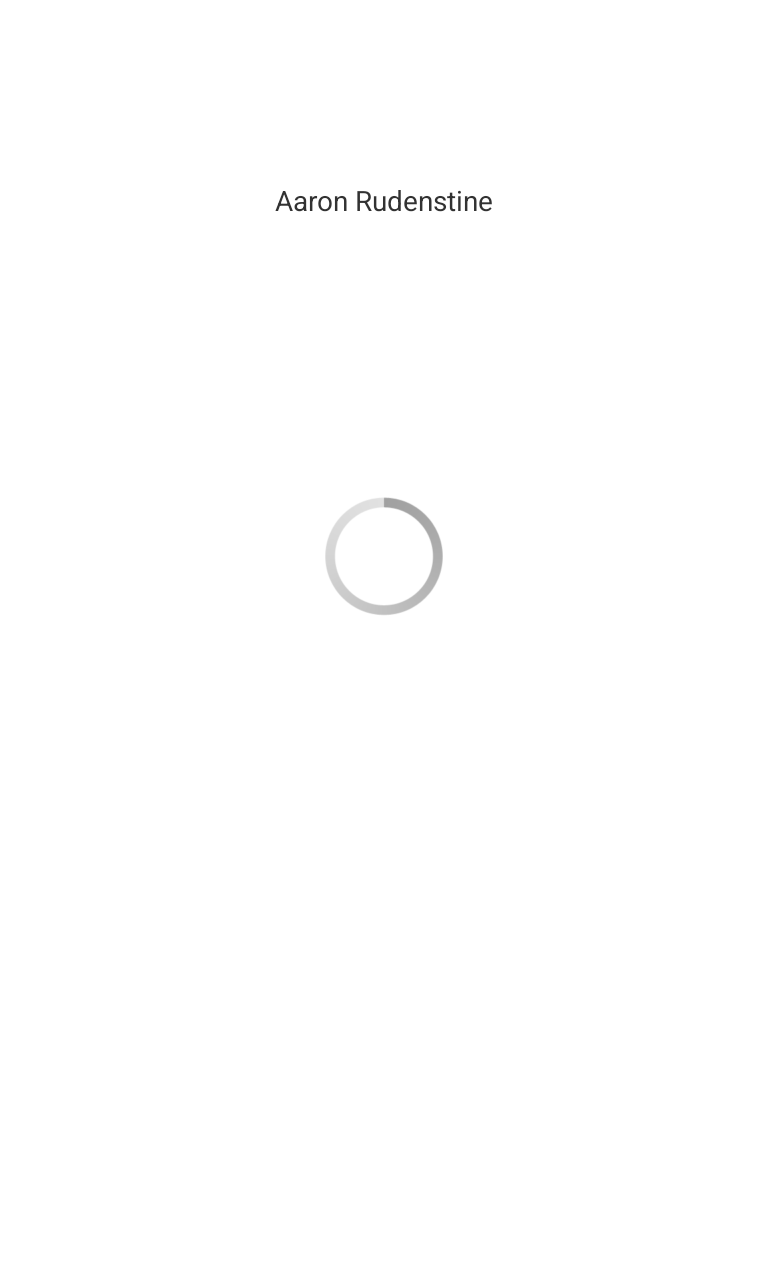
Repository: drice0331/CityMapsAndroidChallenge
Layout: CitymapsUserPhotoDisplay/res/layout/activity_photo_display.xml
An editor plug-in stored every save of this project. The layout is shown before and after the next save, followed by the edit.
It is drawn on a 768 x 1280 px phone screen (xhdpi) without system bars, with theme AppTheme; the app's code is not run.

Above is the layout before, as saved 2015-02-18 21:20:01.

### CitymapsUserPhotoDisplay/res/layout/activity_photo_display.xml
<?xml version="1.0" encoding="utf-8"?>
<LinearLayout xmlns:android="http://schemas.android.com/apk/res/android"
    android:layout_width="match_parent"
    android:layout_height="match_parent"
    android:orientation="vertical" >

    <RelativeLayout
        android:id="@+id/header"
        android:layout_width="fill_parent"
        android:layout_height="200dp"
        android:background="@android:color/white" >

        <TextView
            android:id="@+id/username"
            android:layout_width="wrap_content"
            android:layout_height="wrap_content"
            android:layout_centerInParent="true"
            android:text="Aaron Rudenstine" />
    </RelativeLayout>

    <!-- We have to indicate that the listview is now a PullAndLoadListView -->

    <FrameLayout
        android:id="@+id/bodyview"
        android:layout_width="match_parent"
        android:layout_height="match_parent" >

        <ProgressBar
            android:id="@+id/progressSpinner"
            style="@style/SpinningLoader" />

        <com.citymaps.userphotodisplay.view.LoadMoreListView
            android:id="@+id/listview"
            android:layout_width="match_parent"
            android:layout_height="match_parent"
            android:visibility="gone" />
    </FrameLayout>

</LinearLayout>

### CitymapsUserPhotoDisplay/res/values/styles.xml
<?xml version="1.0" encoding="utf-8"?>
<resources>
        <!--
        Base application theme, dependent on API level. This theme is replaced
        by AppBaseTheme from res/values-vXX/styles.xml on newer devices.
    -->
    <style name="AppBaseTheme" parent="android:Theme.Light">
        <!--
            Theme customizations available in newer API levels can go in
            res/values-vXX/styles.xml, while customizations related to
            backward-compatibility can go here.
        -->
    </style>

    <!-- Application theme. -->
    <style name="AppTheme" parent="AppBaseTheme">
        <!-- All customizations that are NOT specific to a particular API-level can go here. -->
    </style>

        <style name="SpinningLoader" parent="@android:style/Widget.Holo.Light.ProgressBar.Large">
        <item name="android:layout_width">match_parent</item>
        <item name="android:layout_height">wrap_content</item>
        <item name="android:layout_marginTop">40dp</item>
        <item name="android:gravity">center</item>
    </style>
</resources>

### CitymapsUserPhotoDisplay/res/values/colors.xml
<resources>
	<color name="dark_slate_gray">#2F4F4F</color>
	<color name="gray_2">#AFAFAF</color>
	<color name="gray_1">#C0C0C0</color>
	<color name="black">#000000</color>
	<color name="transgray">#00C0C0C0</color>
</resources>

After the next save:
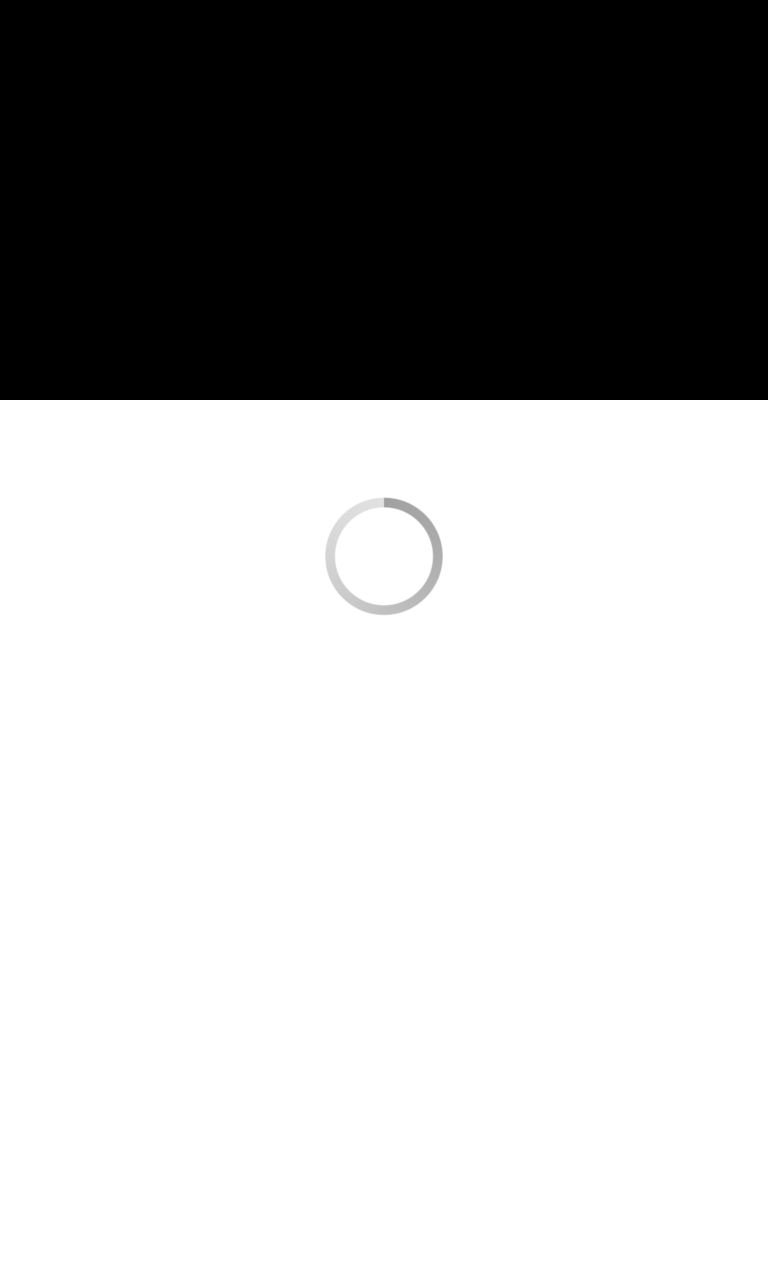
Saved 6 min 36 s later.
--- a/CitymapsUserPhotoDisplay/res/layout/activity_photo_display.xml
+++ b/CitymapsUserPhotoDisplay/res/layout/activity_photo_display.xml
@@ -8,14 +8,22 @@
         android:id="@+id/header"
         android:layout_width="fill_parent"
         android:layout_height="200dp"
-        android:background="@android:color/white" >
+        android:background="@color/black" >
 
         <TextView
             android:id="@+id/username"
             android:layout_width="wrap_content"
             android:layout_height="wrap_content"
             android:layout_centerInParent="true"
-            android:text="Aaron Rudenstine" />
+            android:text=""
+            android:textColor="@android:color/white"
+            android:textSize="24sp" />
+
+        <ImageView
+            android:id="@+id/avatar"
+            android:layout_width="wrap_content"
+            android:layout_height="wrap_content"
+            android:layout_above="@id/username"/>
     </RelativeLayout>
 
     <!-- We have to indicate that the listview is now a PullAndLoadListView -->
